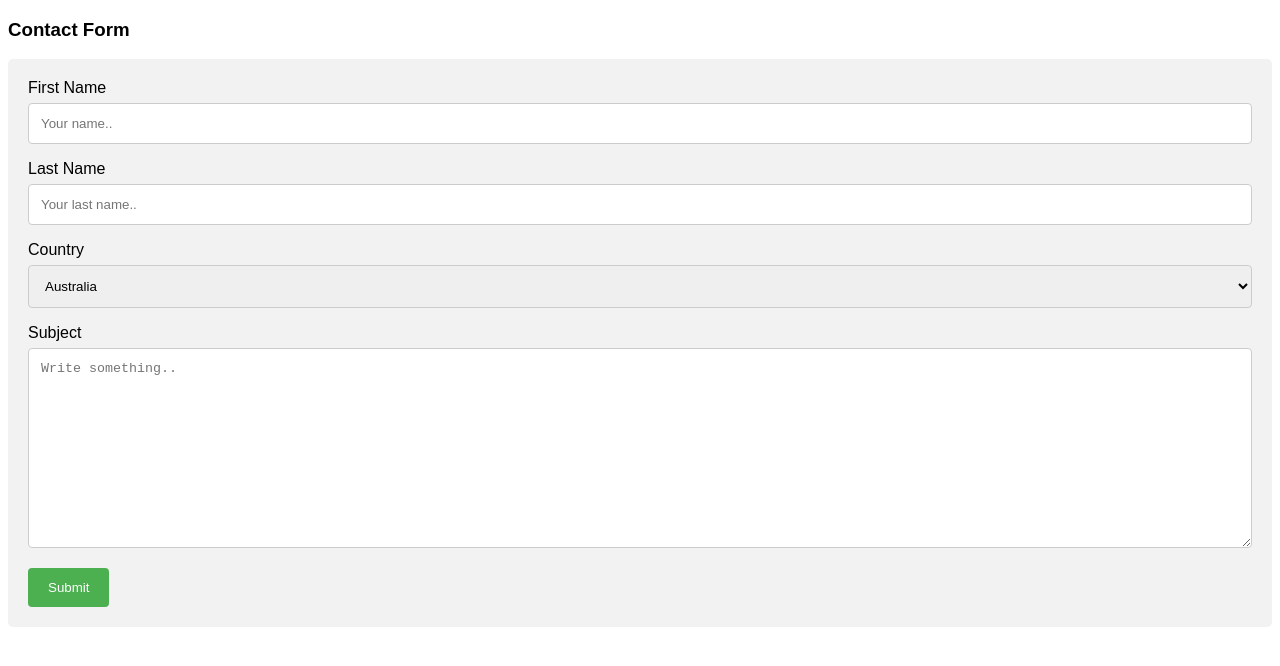
Repository: SyngyeonTak/javaee_workspace
Page: http://localhost/MySite/board/regist_form.jsp
The author's editor kept a copy of each file at every save. The page is drawn from the files as they stood at one save, then again after the next save.
The browser window is 1280 px wide. The pictures show the whole page.
The page is served by Tomcat 9. Other server files are loaded and not shown.

Above is the page before, as saved 2020-12-11 01:28:45.

### MySite/WebContent/board/regist_form.jsp
<%@ page contentType="text/html;charset=utf-8"%>
<!DOCTYPE html>
<html>
<head>
<meta name="viewport" content="width=device-width, initial-scale=1">
<style>
body {font-family: Arial, Helvetica, sans-serif;}
* {box-sizing: border-box;}

input[type=text], select, textarea {
  width: 100%;
  padding: 12px;
  border: 1px solid #ccc;
  border-radius: 4px;
  box-sizing: border-box;
  margin-top: 6px;
  margin-bottom: 16px;
  resize: vertical;
}

input[type=submit] {
  background-color: #4CAF50;
  color: white;
  padding: 12px 20px;
  border: none;
  border-radius: 4px;
  cursor: pointer;
}

input[type=submit]:hover {
  background-color: #45a049;
}

.container {
  border-radius: 5px;
  background-color: #f2f2f2;
  padding: 20px;
}
</style>
</head>
<body>

<h3>Contact Form</h3>

<div class="container">
  <form action="/action_page.php">
    <label for="fname">First Name</label>
    <input type="text" id="fname" name="firstname" placeholder="Your name..">

    <label for="lname">Last Name</label>
    <input type="text" id="lname" name="lastname" placeholder="Your last name..">

    <label for="country">Country</label>
    <select id="country" name="country">
      <option value="australia">Australia</option>
      <option value="canada">Canada</option>
      <option value="usa">USA</option>
    </select>

    <label for="subject">Subject</label>
    <textarea id="subject" name="subject" placeholder="Write something.." style="height:200px"></textarea>

    <input type="submit" value="Submit">
  </form>
</div>

</body>
</html>

After the next save:
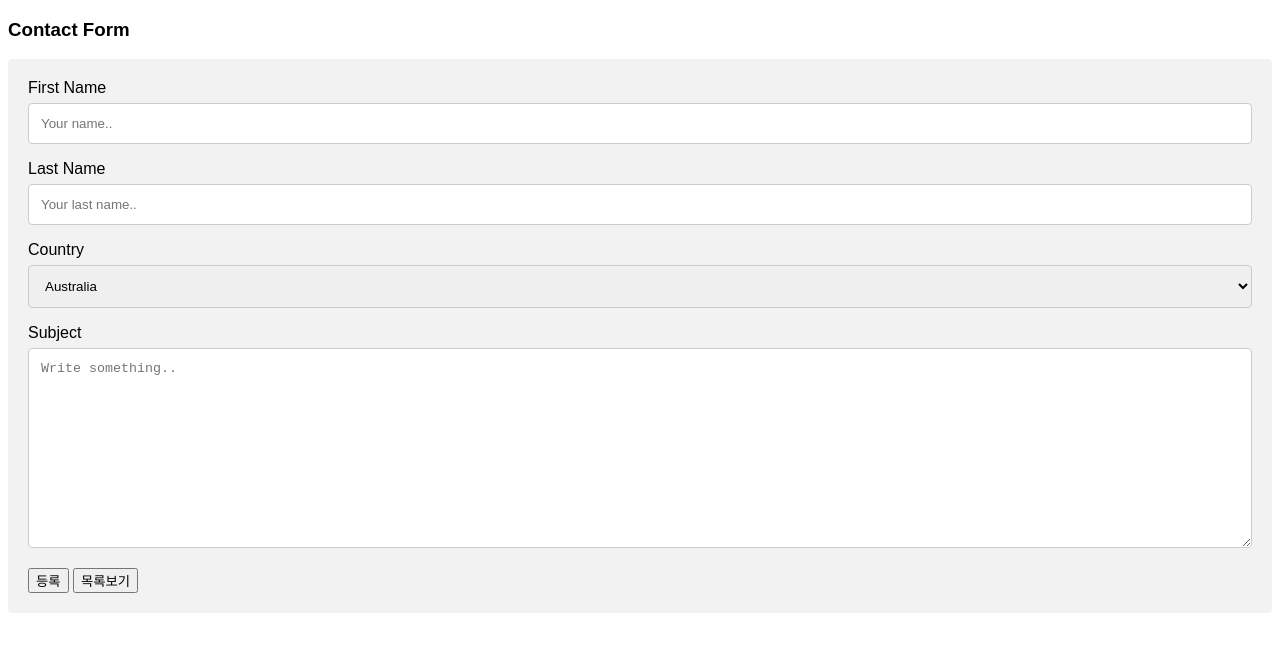
Saved 103 s later.
--- a/MySite/WebContent/board/regist_form.jsp
+++ b/MySite/WebContent/board/regist_form.jsp
@@ -60,7 +60,8 @@ input[type=submit]:hover {
     <label for="subject">Subject</label>
     <textarea id="subject" name="subject" placeholder="Write something.." style="height:200px"></textarea>
 
-    <input type="submit" value="Submit">
+    <input type="button" value="등록">
+    <input type="button" value="목록보기">
   </form>
 </div>
 
